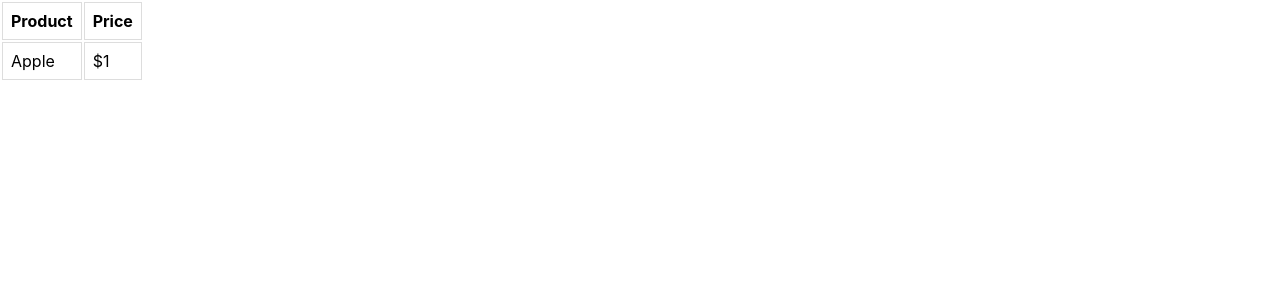
Repository: mariocapitbrok/reactjs-learn
Page: / (app in 05_filtered-data-table/)
An editor plug-in stored every save of this project. The page is shown before and after the next save, followed by the edit.
The browser window is 1280 px wide. The pictures show the whole page.
The project was rebuilt for these pictures with package versions that can differ from the ones it lists, and the page was loaded fresh each time.

Above is the page before, as saved 2023-02-25 20:30:53.

After the next save:
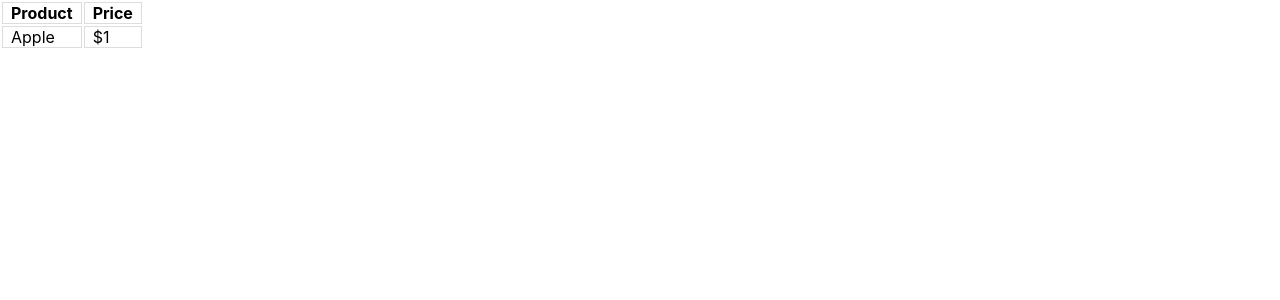
Saved 12 s later.
--- a/05_filtered-data-table/src/App.css
+++ b/05_filtered-data-table/src/App.css
@@ -1,4 +1,4 @@
 #products th, #products td {
   border: 1px solid #ddd;
-  padding: 8px;
+  padding: 0px 8px;
 }
